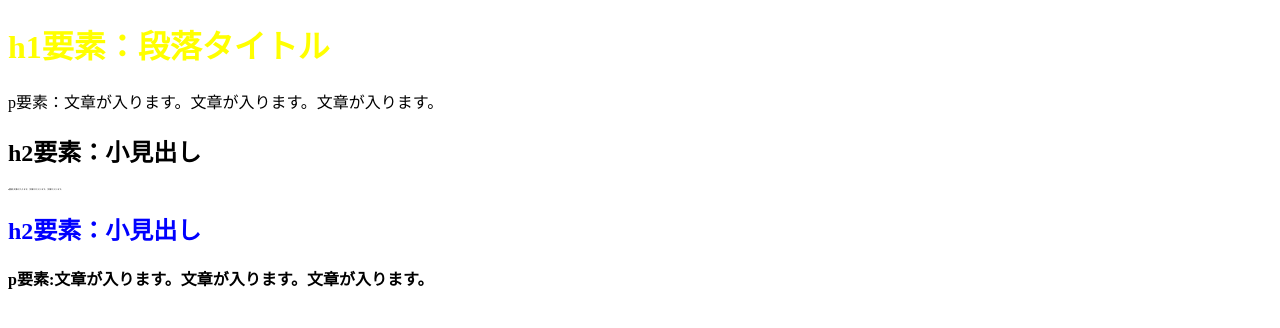
Repository: ayano-ogawa/samurai_HTML-CSS
Page: Untitled1.html
The author's editor kept a record of every edit. The page is drawn from the files as they stood at one moment, then again after the next edit.
The browser window is 1280 px wide. The pictures show the whole page.

Above is the page before.

### Untitled1.html
<!DOCTYPE html>
<html lang="en">
<head>
    <meta charset="UTF-8">
    <title>HTML/CSSの学習</title>
     <style>
      #blue {
          color: blue;

      }
      #green {
          color: green;
      }
      h1{
          color: yellow;
      }
     </style>

</head>
<body>
    <h1>h1要素：段落タイトル</h1>
    <p>p要素：文章が入ります。文章が入ります。文章が入ります。</p>
    <h2>h2要素：小見出し</h2>
    <p style="font-size: 2px;">
     p要素:文章が入ります。文章がが入ります。文章が入ります。
    </p>
    <h2 id="blue">h2要素：小見出し</h2>
    <p style="font-weight: bold";>
     p要素:文章が入ります。文章が入ります。文章が入ります。
    </p>

</body>
</html>

After the next edit:
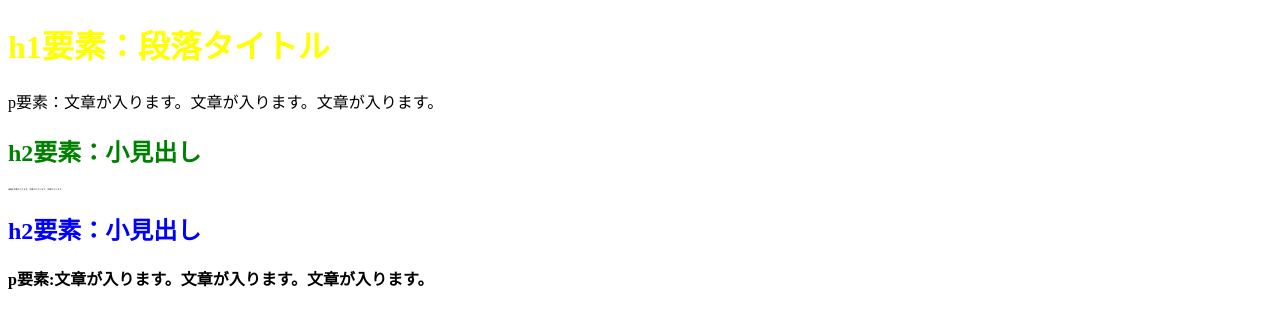
The edit:
--- a/Untitled1.html
+++ b/Untitled1.html
@@ -20,7 +20,7 @@
 <body>
     <h1>h1要素：段落タイトル</h1>
     <p>p要素：文章が入ります。文章が入ります。文章が入ります。</p>
-    <h2>h2要素：小見出し</h2>
+    <h2 id="green">h2要素：小見出し</h2>
     <p style="font-size: 2px;">
      p要素:文章が入ります。文章がが入ります。文章が入ります。
     </p>
